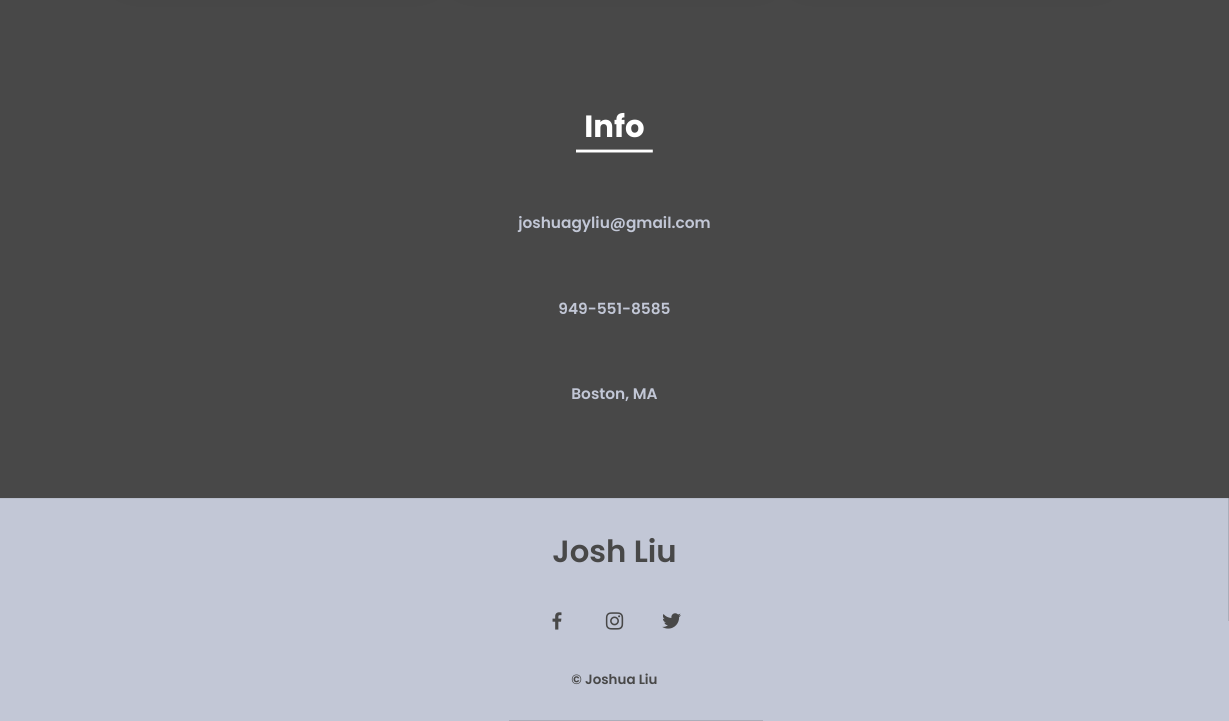
Repository: joshliu14/joshliu14.github.io
Page: index.html
These files come from the project's save history. The page is drawn as it stood at one moment and after the next save; the edit follows.
The browser window is 1280 px wide. The pictures show the part of the page from y = 2529 to 3516 px (the page is 3280 px tall before and 3516 px after), at 96% of full size.
A picture or video elsewhere on the page could not be fetched, so the positions and the page height are approximate.

Above is the page before, as saved 2024-01-31 23:31:40.

After the next save:
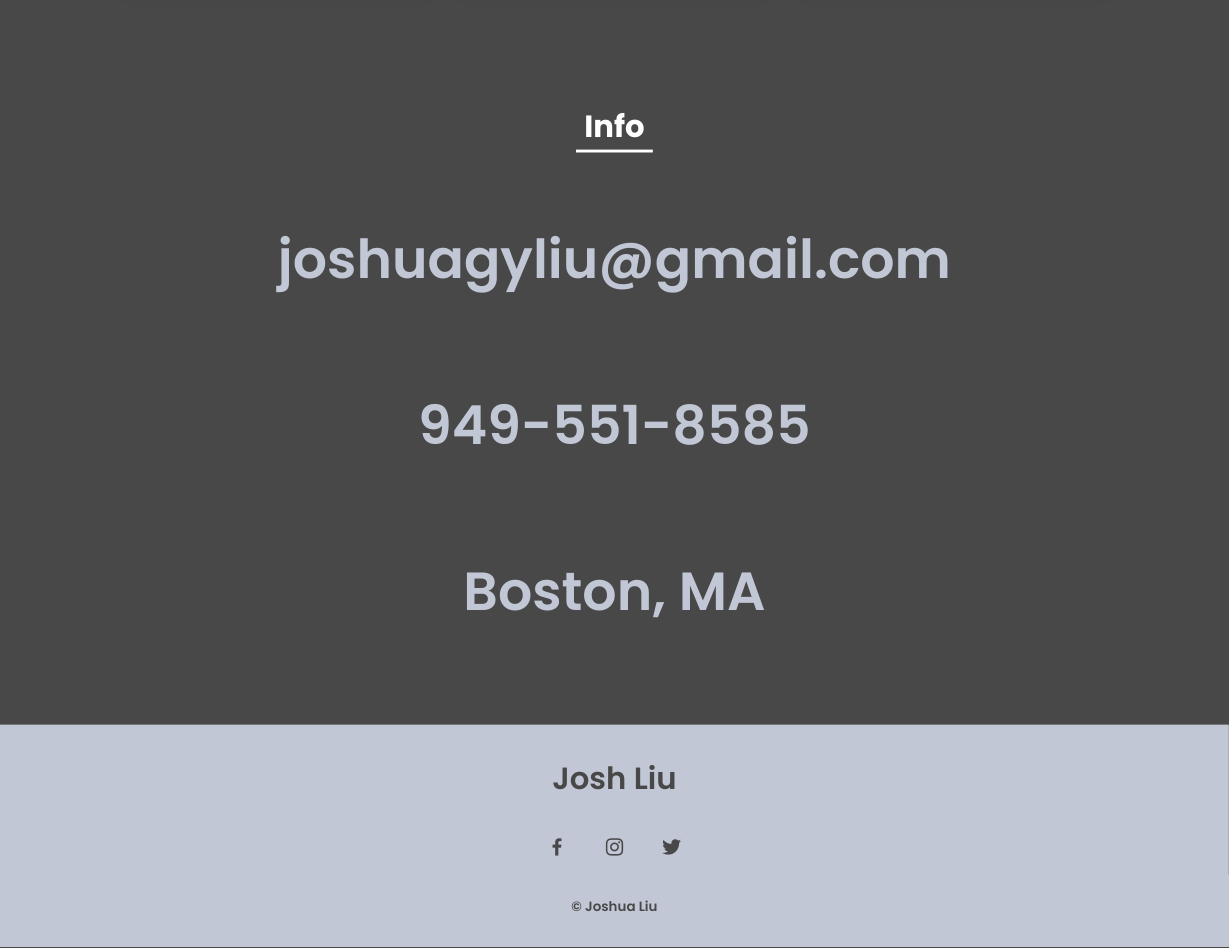
Saved 36 s later.
--- a/assets/css/web.css
+++ b/assets/css/web.css
@@ -330,20 +330,11 @@ img {
 
 /* ===== CONTACT =====*/
 .contact__input {
-  width: 100%;
   text-align: center;
-  font-size: var(--normal-font-size);
+  font-size: var(--big-font-size);
   font-weight: var(--font-semi);
   padding: 1rem;
   margin-bottom: var(--mb-4);
-}
-.contact__button {
-  display: block;
-  border: none;
-  outline: none;
-  font-size: var(--normal-font-size);
-  cursor: pointer;
-  margin-left: auto;
 }
 
 /* ===== FOOTER =====*/
@@ -412,13 +403,6 @@ img {
     column-gap: 2rem;
     padding-top: 2rem;
   }
-  .contact__form {
-    width: 360px;
-    padding-top: 2rem;
-  }
-  .contact__container {
-    justify-items: center;
-  }
 }
 @media screen and (min-width: 768px) {
   body {
